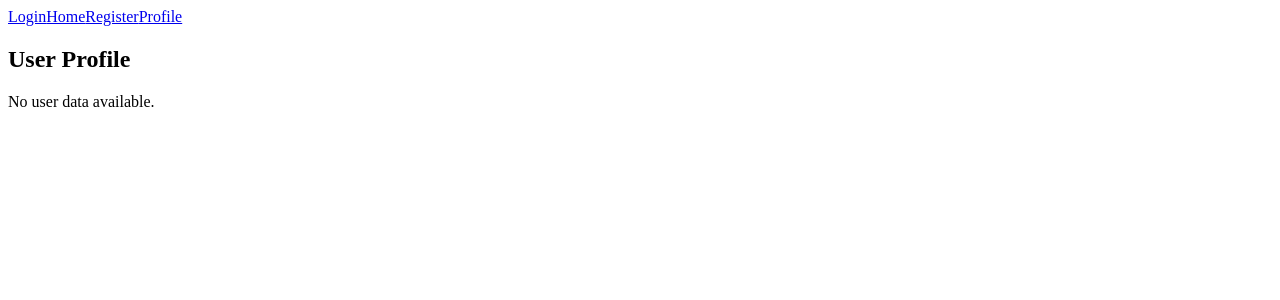
Repository: Joel-Mathew-777/Django-user-auth-with-react
Page: /profile (app in frontend/)
An editor plug-in stored every save of this project. The page is shown before and after the next save, followed by the edit.
The browser window is 1280 px wide. The pictures show the whole page.
The project was rebuilt for these pictures with package versions that can differ from the ones it lists, and the page was loaded fresh each time. Also part of the build but not shown: frontend/vite.config.js, frontend/src/pages/Home.jsx, frontend/src/components/Login.jsx, frontend/src/components/Register.jsx.

Above is the page before, as saved 2024-09-21 12:17:38.

### frontend/src/App.jsx
import { BrowserRouter } from "react-router-dom";
import AppRoutes from "./Routes";

const App = () => {
  return (
    <BrowserRouter>
      <AppRoutes />
    </BrowserRouter>
  );
};

export default App;

### frontend/src/Routes.jsx
import { Routes, Route, Outlet } from "react-router-dom";
import Navbar from "./components/Navbar";
import Home from "./pages/Home";
import Login from "./components/Login";
import Register from "./components/Register";
import Profile from "./components/Profile";

const AppRoutes = () => {
  return (
    <>
      <Navbar />
      <Outlet />
      <Routes>
        <Route path="/" element={<Login />} />
        <Route path="/home" element={<Home />} />
        <Route path="/register" element={<Register />} />
        <Route path="/profile" element={<Profile />} />
      </Routes>
    </>
  );
};

export default AppRoutes;

### frontend/src/components/Navbar.jsx
import { Link } from "react-router-dom";

const Navbar = () => {
  return (
    <nav>
      <Link to="/">Login</Link>
      <Link to="/home">Home</Link>
      <Link to="/register">Register</Link>
      <Link to="/profile">Profile</Link>
    </nav>
  );
};

export default Navbar;

### frontend/src/components/Profile.jsx
import { useEffect, useState } from "react";

const Profile = () => {
  const [user, setUser] = useState(null);

  useEffect(() => {
    const userData = localStorage.getItem("user");
    if (userData) {
      setUser(JSON.parse(userData));
    }
  }, []);

  return (
    <div>
      <h2>User Profile</h2>
      {user ? (
        <div>
          <p>Username: {user.username}</p>
          <p>Email: {user.email}</p>
        </div>
      ) : (
        <p>No user data available.</p>
      )}
    </div>
  );
};

export default Profile;

Loaded but not shown: frontend/index.html (common file); frontend/src/main.jsx (common file)

After the next save:
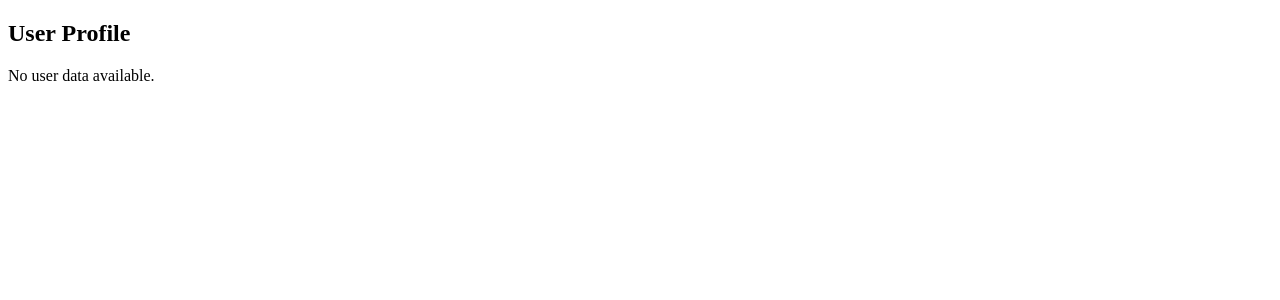
Saved 2 min 44 s later.
--- a/frontend/src/components/Navbar.jsx
+++ b/frontend/src/components/Navbar.jsx
@@ -1,13 +1,36 @@
 import { Link } from "react-router-dom";
+import { Menu } from "antd";
+import { useEffect, useState } from "react";
 
 const Navbar = () => {
+  const [user, setUser] = useState(null);
+
+  useEffect(() => {
+    const userData = localStorage.getItem("user");
+    if (userData) {
+      setUser(JSON.parse(userData));
+    }
+  }, []);
+
   return (
-    <nav>
-      <Link to="/">Login</Link>
-      <Link to="/home">Home</Link>
-      <Link to="/register">Register</Link>
-      <Link to="/profile">Profile</Link>
-    </nav>
+    <>
+      {user && (
+        <Menu mode="horizontal">
+          <Menu.Item key="login">
+            <Link to="/">Login</Link>
+          </Menu.Item>
+          <Menu.Item key="home">
+            <Link to="/home">Home</Link>
+          </Menu.Item>
+          <Menu.Item key="register">
+            <Link to="/register">Register</Link>
+          </Menu.Item>
+          <Menu.Item key="profile">
+            <Link to="/profile">Profile</Link>
+          </Menu.Item>
+        </Menu>
+      )}
+    </>
   );
 };
 
